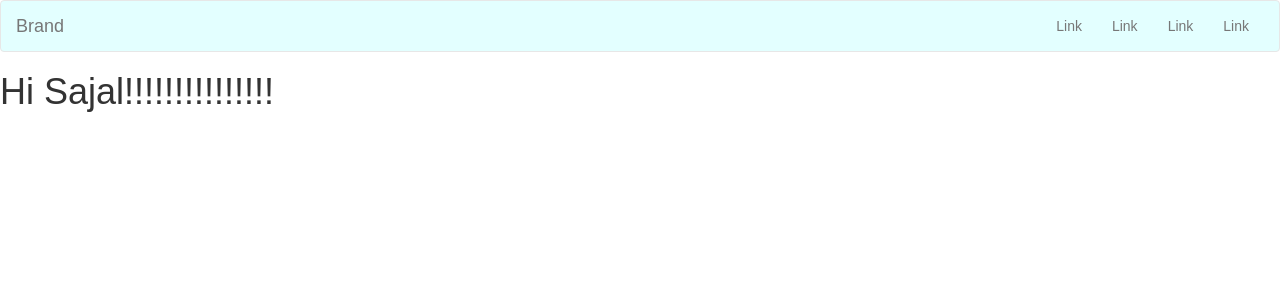
Repository: sajalsinghal7/Recruitment
Page: Template_workplace.html
The author's editor kept a record of every edit. The page is drawn from the files as they stood at one moment, then again after the next edit.
The browser window is 1280 px wide. The pictures show the whole page.

Above is the page before.

After the next edit:
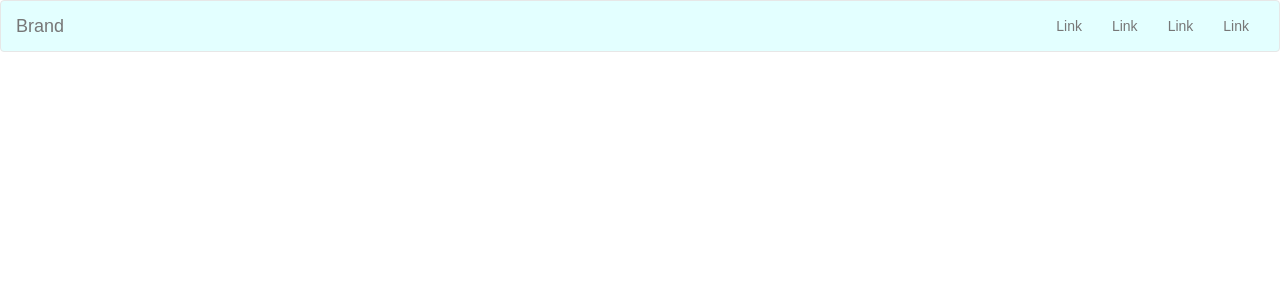
The edit:
--- a/Template_workplace.html
+++ b/Template_workplace.html
@@ -123,7 +123,6 @@
 
 
 
-    <h1>Hi Sajal!!!!!!!!!!!!!!!</h1>
         <link rel="import" href="External_HTML_BODY_Bootstrap_Footer.html">
     </body>
 </html>

After the edit that followed:
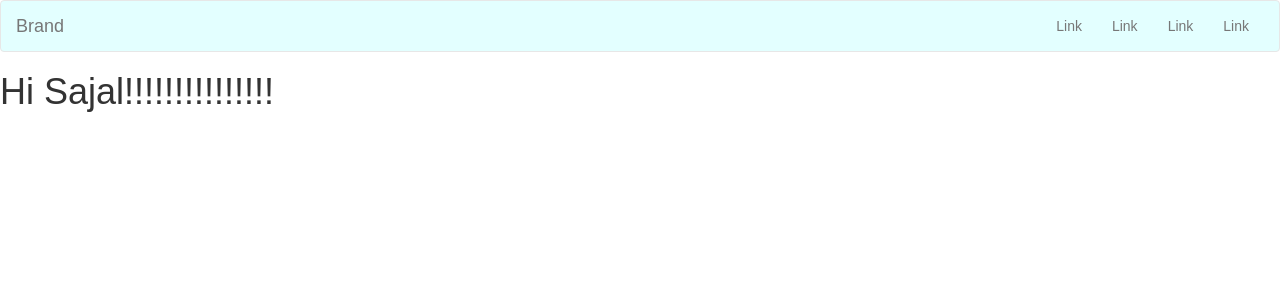
The edit:
--- a/Template_workplace.html
+++ b/Template_workplace.html
@@ -59,6 +59,7 @@
 
 
 
+    <h1>Hi Sajal!!!!!!!!!!!!!!!</h1>
 
 
 
